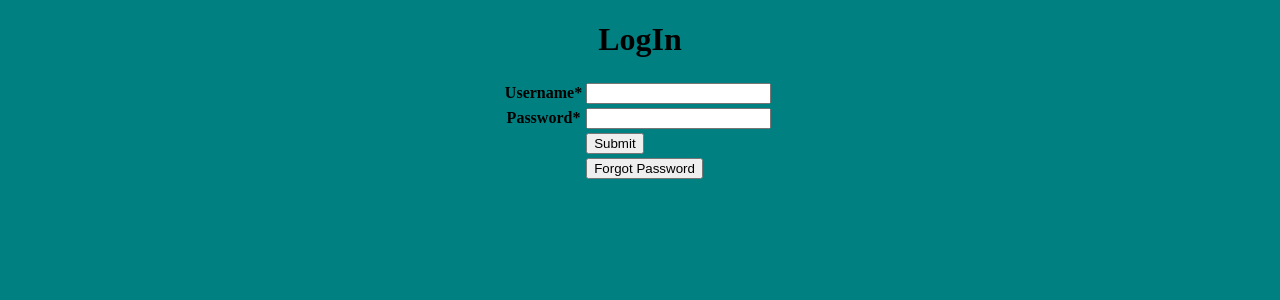
Repository: raviraj226/AdvanceJava
Page: http://localhost/Ravi_Maven/LoginWeb.jsp
The author's editor kept a copy of each file at every save. The page is drawn from the files as they stood at one save, then again after the next save.
The browser window is 1280 px wide. The pictures show the whole page.
The page is served by Tomcat 9.

Above is the page before, as saved 2022-03-16 07:10:24.

After the next save:
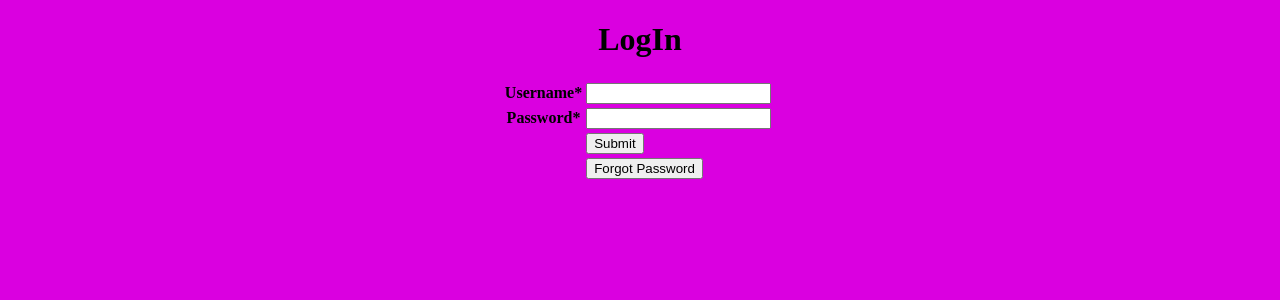
Saved 43 s later.
--- a/Advance Java/Ravi_Maven/src/main/webapp/LoginWeb.jsp
+++ b/Advance Java/Ravi_Maven/src/main/webapp/LoginWeb.jsp
@@ -6,7 +6,7 @@
 <meta charset="ISO-8859-1">
 <title>Insert title here</title>
 </head>
-<body bgcolor="teal">
+<body bgcolor="dark green">
 	<form action="LoginCtl" method="post">
 		<table align="center">
 
